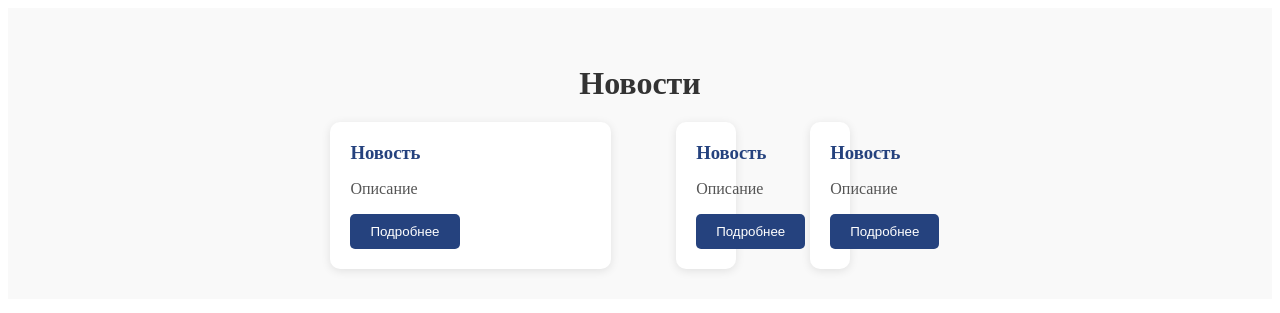
Repository: MaratLK/PLKFrontend
Page: Templates/NewsForIndex.html
The author's editor kept a copy of each file at every save. The page is drawn from the files as they stood at one save, then again after the next save.
The browser window is 1280 px wide. The pictures show the whole page.

Above is the page before, as saved 2024-08-25 06:37:23.

After the next save:
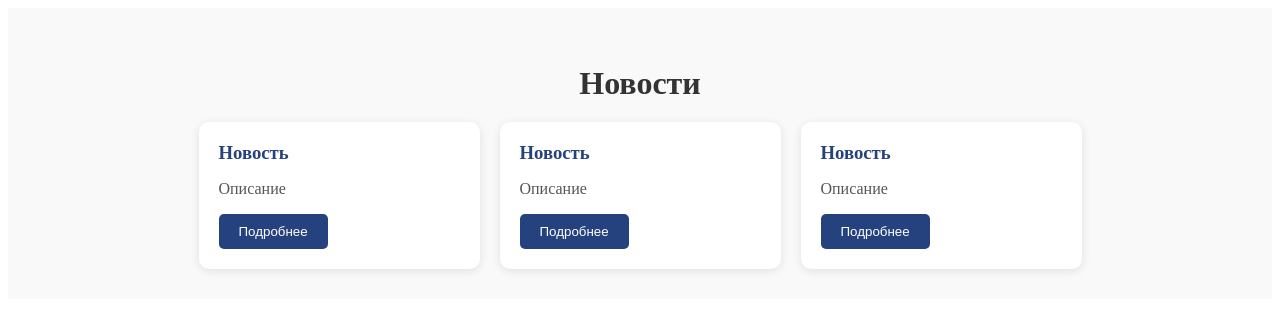
Saved 105 s later.
--- a/Templates/NewsForIndex.html
+++ b/Templates/NewsForIndex.html
@@ -6,74 +6,76 @@
     <title>Document</title>
     <style>
       .news {
-    padding: 30px;
-    background-color: #f9f9f9;
-    text-align: center;}
+        padding: 30px;
+        background-color: #f9f9f9;
+        text-align: center;
+      }
 
-    .news h2 {
-    font-size: 2em;
-    color: #333;
-    margin-bottom: 20px;
-    }
+      .news h2 {
+        font-size: 2em;
+        color: #333;
+        margin-bottom: 20px;
+      }
 
-    .news-container {
-    display: flex;
-    justify-content: center;
-    flex-wrap: wrap;
-    gap: 20px;
-}
+      .news-container {
+        display: flex;
+        justify-content: center;
+        flex-wrap: wrap;
+        gap: 20px;
+      }
 
-.news-card {
-    background-color: #ffffff;
-    border-radius: 10px;
-    box-shadow: 0 2px 10px rgba(0, 0, 0, 0.1);
-    padding: 20px;
-    width: calc(25% - 20px);
-    box-sizing: border-box;
-    text-align: left;
-}
+      .news-card {
+        background-color: #ffffff;
+        border-radius: 10px;
+        box-shadow: 0 2px 10px rgba(0, 0, 0, 0.1);
+        padding: 20px;
+        width: calc(25% - 20px);
+        box-sizing: border-box;
+        text-align: left;
+      }
 
-.news-card h3 {
-    margin: 0 0 10px;
-    color: #25427e;
-}
+      .news-card h3 {
+        margin: 0 0 10px;
+        color: #25427e;
+      }
 
-.news-card p {
-    color: #555;
-}
-.news-card button {
-    background-color: #25427e;
-    color: white;
-    padding: 10px 20px;
-    border: none;
-    border-radius: 5px;
-    cursor: pointer;
-    transition: background-color 0.3s;
-}
+      .news-card p {
+        color: #555;
+      }
+
+      .news-card button {
+        background-color: #25427e;
+        color: white;
+        padding: 10px 20px;
+        border: none;
+        border-radius: 5px;
+        cursor: pointer;
+        transition: background-color 0.3s;
+      }
     </style>
   </head>
   <body>
     <section id="news" class="news">
-        <h2>Новости</h2>
-        <div class="news-container">
-            <div class="news-card">
-                <h3>Новость</h3>
-                <p>Описание</p>
-                <button class="open-modal" data-news="news1">Подробнее</button>
-            </div>
+      <h2>Новости</h2>
+      <div class="news-container">
+        <div class="news-card">
+          <h3>Новость</h3>
+          <p>Описание</p>
+          <button class="open-modal" data-news="news1">Подробнее</button>
+        </div>
 
-            <div class="news-container">
-                <div class="news-card">
-                    <h3>Новость</h3>
-                    <p>Описание</p>
-                    <button class="open-modal" data-news="news1">Подробнее</button>
-                </div>
-                <div class="news-container">
-                    <div class="news-card">
-                        <h3>Новость</h3>
-                        <p>Описание</p>
-                        <button class="open-modal" data-news="news1">Подробнее</button>
-                    </div>
+        <div class="news-card">
+          <h3>Новость</h3>
+          <p>Описание</p>
+          <button class="open-modal" data-news="news1">Подробнее</button>
+        </div>
+
+        <div class="news-card">
+          <h3>Новость</h3>
+          <p>Описание</p>
+          <button class="open-modal" data-news="news1">Подробнее</button>
+        </div>
+      </div>
     </section>
   </body>
 </html>
